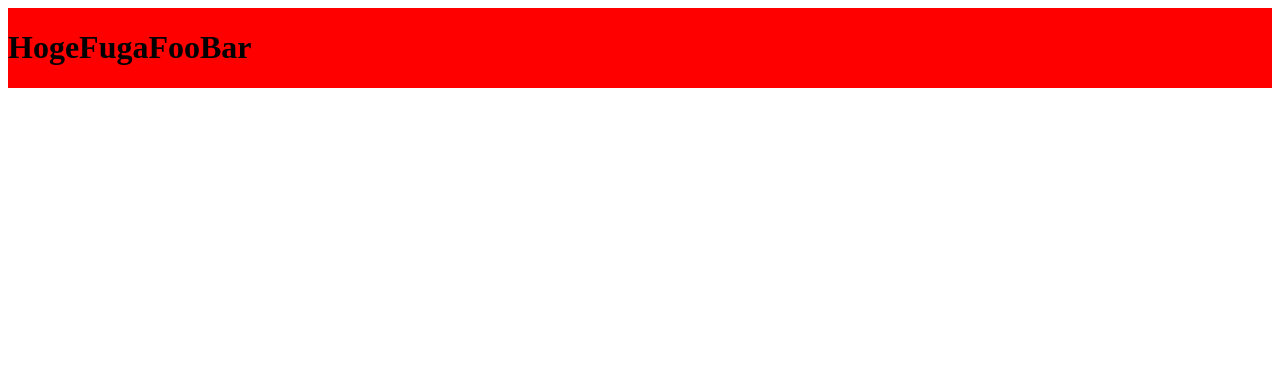
Repository: KAZMA5/samurai_HTML-CSS
Page: 9章ナビ/14章/index4.html
The author's editor kept a record of every edit. The page is drawn from the files as they stood at one moment, then again after the next edit.
The browser window is 1280 px wide. The pictures show the whole page.

Above is the page before.

### 9章ナビ/14章/index4.html
<html lang="ja">
    <head>
        <style>
            #sort {
                display: flex;
                flex-direction: row;
                background: red;
            }

            #reverse {
                display: flex;
                flex-direction: row-reverse;
                background-color: yellow;
            }

            #column {
                display: flex;
                flex-direction: column;
                background-color: blue;
            }

            #column-reverse {
                display: flex;
                flex-direction: column-reverse;
                background-color: green;
            }
        </style>
    </head>
    <body>
        <div id="sort">
            <h1>Hoge</h1>
            <h1>Fuga</h1>
            <h1>Foo</h1>
            <h1>Bar</h1>
        </div>
    </body>
</html>

After the next edit:
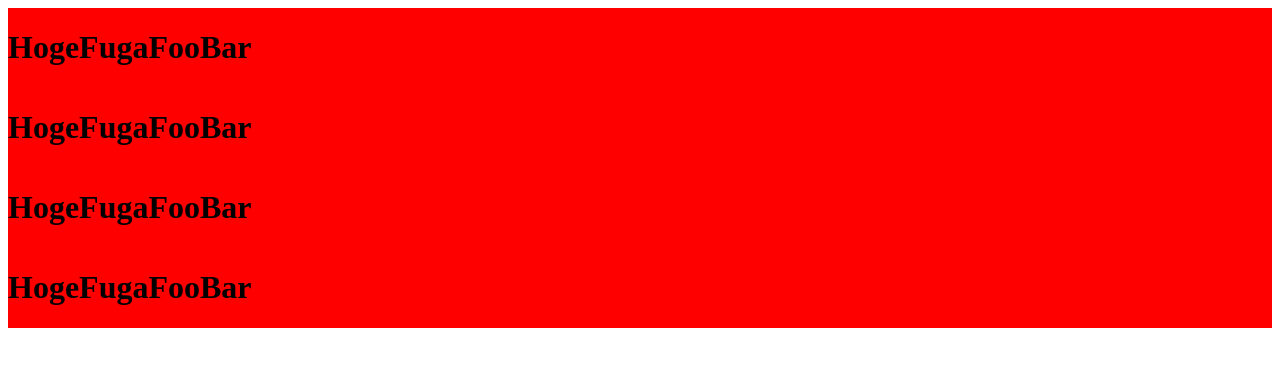
The edit:
--- a/9章ナビ/14章/index4.html
+++ b/9章ナビ/14章/index4.html
@@ -33,5 +33,26 @@
             <h1>Foo</h1>
             <h1>Bar</h1>
         </div>
+
+        <div id="sort">
+            <h1>Hoge</h1>
+            <h1>Fuga</h1>
+            <h1>Foo</h1>
+            <h1>Bar</h1>
+        </div>
+
+        <div id="sort">
+            <h1>Hoge</h1>
+            <h1>Fuga</h1>
+            <h1>Foo</h1>
+            <h1>Bar</h1>
+        </div>
+
+        <div id="sort">
+            <h1>Hoge</h1>
+            <h1>Fuga</h1>
+            <h1>Foo</h1>
+            <h1>Bar</h1>
+        </div>
     </body>
 </html>
